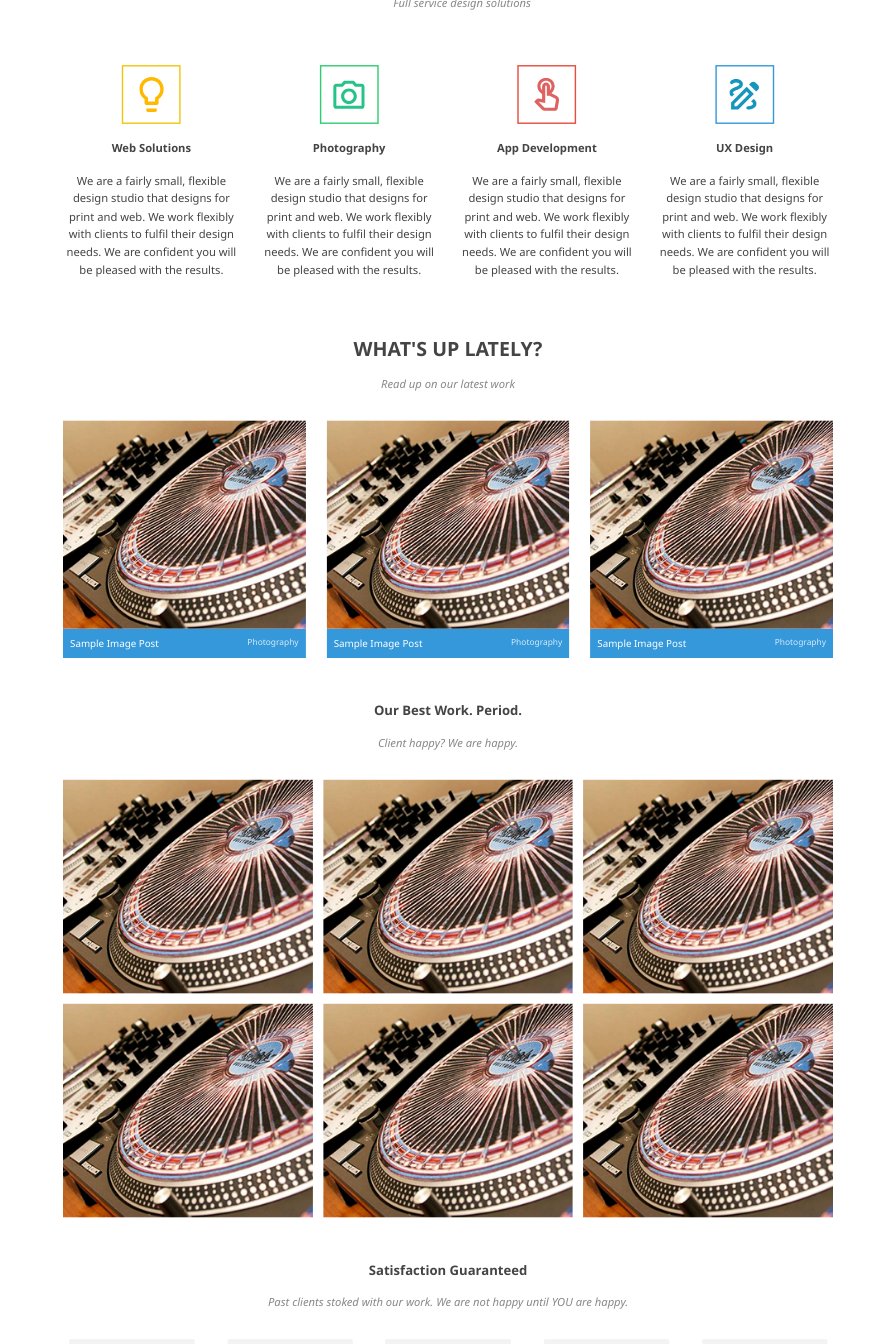
Repository: DavidYoo5/Project-1-Lab-2B-Assignment
Page: Project-1-Lab-2B-Assignment/index.html
The author's editor kept a copy of each file at every save. The page is drawn from the files as they stood at one save, then again after the next save.
The browser window is 1280 px wide. The pictures show the part of the page from y = 1020 to 2940 px (the page is 3907 px tall before and 3846 px after), at 70% of full size.

Above is the page before, as saved 2026-01-28 16:43:18.

After the next save:
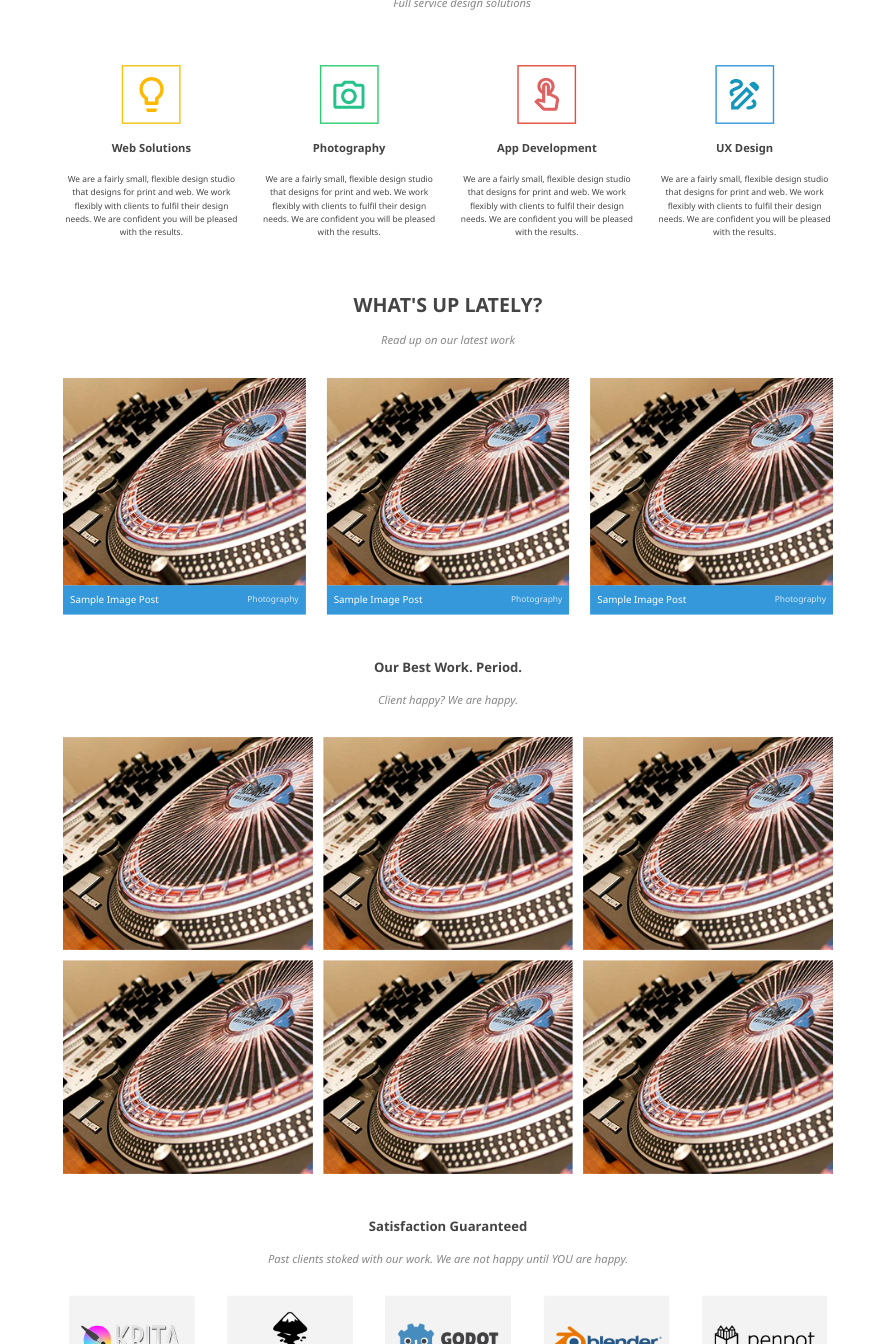
Saved 100 s later.
--- a/Project-1-Lab-2B-Assignment/style.css
+++ b/Project-1-Lab-2B-Assignment/style.css
@@ -146,6 +146,10 @@
 .section-heading p {
   color: #888;
   font-style: italic;
+}
+
+.services-p {
+  font-size: 12px;
 }
 
 .pink-border {
